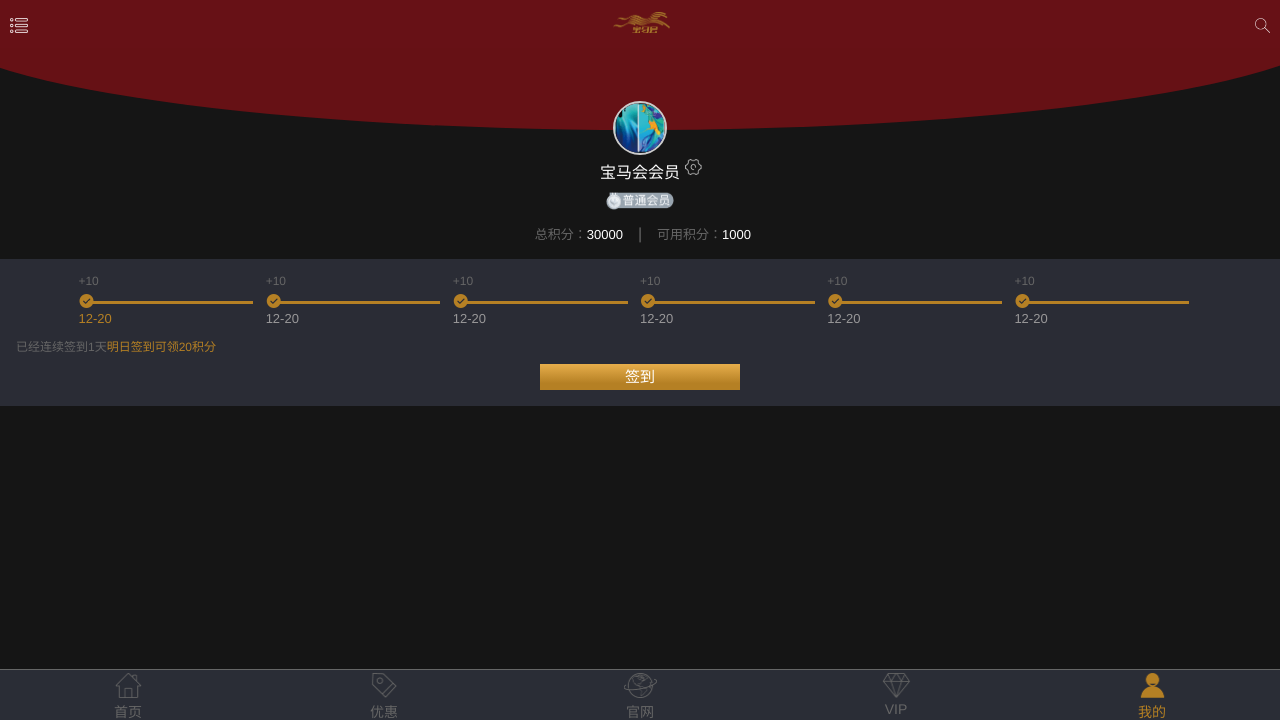
Repository: ada6688/IntegralMall
Page: /Member
These files come from the project's save history. The page is drawn as it stood at one moment and after the next save; the edit follows.
The browser window is 1280 px wide. The pictures show the whole page.
The project was rebuilt for these pictures with package versions that can differ from the ones it lists, and the page was loaded fresh each time. Also part of the build but not shown: src/components/page/notice.vue, src/components/page/shouye.vue, src/components/page/Vip.vue, src/components/page/Youhui.vue, src/router/index.js.

Above is the page before, as saved 2020-01-04 16:16:38.

After the next save:
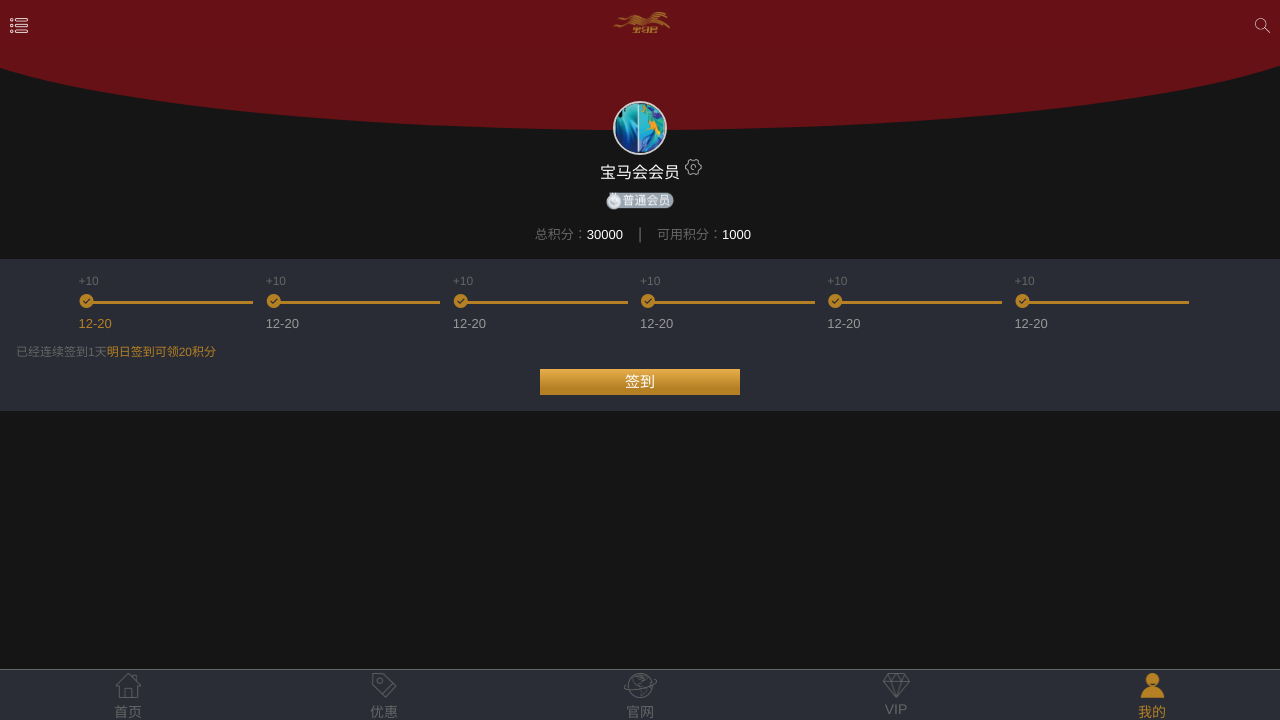
Saved 31 s later.
--- a/src/assets/css/index.css
+++ b/src/assets/css/index.css
@@ -205,10 +205,12 @@
 .member-signIn-date{
   color: #999899;
   font-size: 13px;
+  margin-top: 5px;
 }
 .member-signIn-date-active{
   color: #B58024;
   font-size: 13px;
+  margin-top: 5px;
 }
 .el-icon-success{
   color: #34363D;
